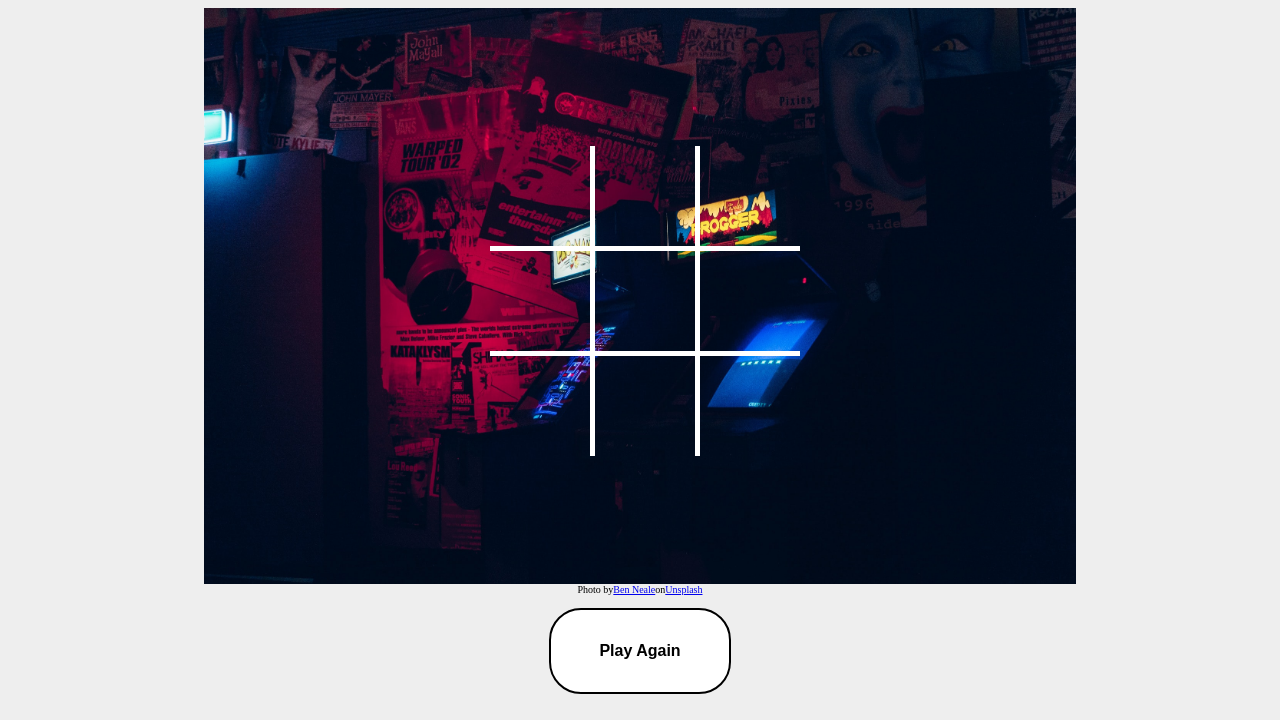
Repository: DrummerDee/tictactoe
Page: index.html
These files come from the project's save history. The page is drawn as it stood at one moment and after a run of saves; the edit follows.
The browser window is 1280 px wide. The pictures show the whole page.
After loading, the first visible `#play` was clicked once.

Above is the page before, as saved 2022-07-06 14:59:19.

### index.html
<!DOCTYPE html>
<html lang="en">
<head>
    <meta charset="UTF-8">
    <meta http-equiv="X-UA-Compatible" content="IE=edge">
    <meta name="viewport" content="width=device-width, initial-scale=1.0">
    <link rel="stylesheet" href="tictac.css">
    <title>Tic Tac Toc </title>
</head>
<body>
    <main class="container">
        <section class="board" id="board">
            <div class="block" id="0"></div>
            <div class="block" id="1"></div>
            <div class="block" id="2"></div>
            <div class="block" id="3"></div>
            <div class="block" id="4"></div>
            <div class="block" id="5"></div>
            <div class="block" id="6"></div>
            <div class="block" id="7"></div>
            <div class="block" id="8"></div>
        </section>
    </main>
    <span id="cred">Photo by <a href="https://unsplash.com/@ben_neale?utm_source=unsplash&utm_medium=referral&utm_content=creditCopyText"> Ben Neale </a> on <a href="https://unsplash.com/s/photos/arcade-game-room?utm_source=unsplash&utm_medium=referral&utm_content=creditCopyText">Unsplash</a></span>
    <div id="declare"></div>
    <section class="footer">
    <button id="play">Play Again</button>
</section>
    <script src="tictac.js"></script>
</body>
</html>

### tictac.css
html{
    background-color: #eee;
}
h1{
    text-align: center;
}
.container {
    min-width: 90vw;
    min-height: 80vh;
    display: flex;
    flex-direction: column;
    align-items: center;
    justify-content: center;
    background-image: url('/image/arcaderoom.jpeg');
    background-size: contain;
    background-repeat: no-repeat;
    background-position: center;
  }
    /*customs for the board */
    .board {
      display: grid;
      width: 300px;
      height: 300px;
     grid-template-columns: repeat(3,1fr);
     grid-template-rows: repeat(3,1fr);
    }
    .block {
      border-bottom: 5px solid white;
      border-right: 5px solid white;
      display: flex;
      width: 100px;
      height: 100px;
      align-items: center;
      justify-content: center;
      font-size: 3rem;
      font-weight: bold;
      color: white;
    }
    .block:nth-child(3n){
      border-right: none;
    }
    .block:nth-child(n+7){
      border-bottom: none;
    }

    .block:hover {
      cursor: pointer;
      background: yellow;
      transition: 0.2s ease-in-out;
    }
/* customs for button */
button {
    border-radius: 2rem;
    border: 2px solid black;
    padding: 2rem 3rem;
    font-size: 1rem;
    font-weight: bold;
    color: black;
    background-color: white;
    transition: all 0.2s ease-in-out;

  }

  button:hover {
    cursor: pointer;
    background: yellow;
    color: white;
  }

.footer{
   text-align: center;
   margin-top: 1%;
}
#cred{
  display: flex;
  align-items: center;
  justify-content: center;
  font-size: 10px;
}

### tictac.js
const block = document.querySelectorAll('.block');
const board = new Array(9).fill(null);
const again = document.getElementById("play");
let check;
const O = "O";
const X = "X";

let currentPlayer = "X";


// winner combinations //
let winnerCombos = [
    [0,1,2],
    [3,4,5],
    [6,7,8],
    [0,3,6],
    [1,4,7],
    [2,5,8],
    [0,4,8],
    [2,4,6],
];
// spaceClicked function //
const spaceClicked = (e) => {
    const id = e.target.id;

 //prevent the characters from switching//
if(!board[id]){
    board[id] = currentPlayer;
 e.target.innerText=currentPlayer;

// you win function //
if( youWin()){
    return gameOver();
}
 currentPlayer = currentPlayer === X ? O : X;
};
}
//smurf for clicked spaces//
block.forEach((block) => block.addEventListener("click",spaceClicked));

//play again smurf//
again.addEventListener('click',playAgain);


// function for youWin //
function youWin(){
    winnerCombos.forEach(function(combo){
     check = combo.every(i => block[i].innerText == currentPlayer)
     let test = true;
     for(let i = 0 ; i < 9;i++){
        if(block[i].innerText == ''){
            test = false
        }
     }
        if(check){
            document.getElementById('declare').innerText = (`${currentPlayer} is the winner`)

        }else if (test){
            document.getElementById('declare').innerText = (`It's a tie`)

        }
    })
}



// function for playAgain//
function playAgain(){
    currentPlayer = X;
    board.fill(null);
    block.forEach((block)=>{
        block.innerHTML = ""
    })
}

After the next 2 saves:
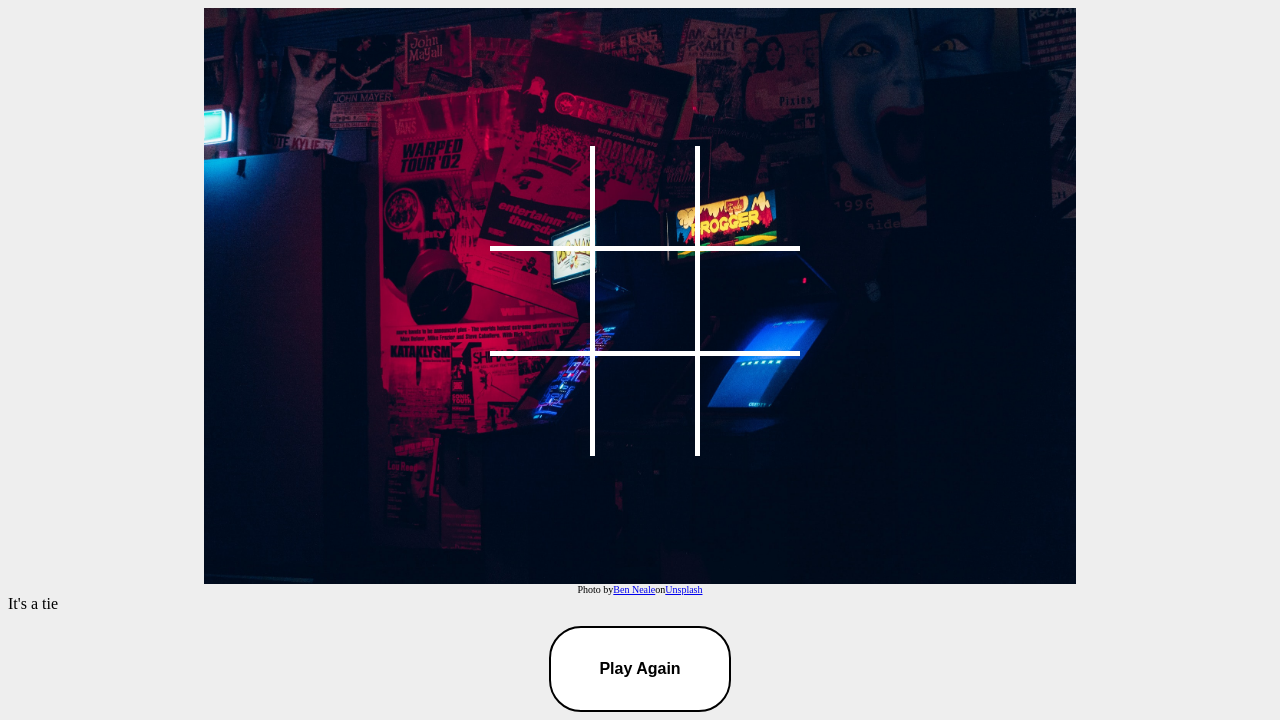
The 2 saves are shown as one change because they came seconds apart.
The last was saved 24 s later.
--- a/tictac.js
+++ b/tictac.js
@@ -66,6 +66,7 @@
 
 // function for playAgain//
 function playAgain(){
+    document.getElementById('declare').innerText = (`It's a tie`)
     currentPlayer = X;
     board.fill(null);
     block.forEach((block)=>{

After the save that followed:
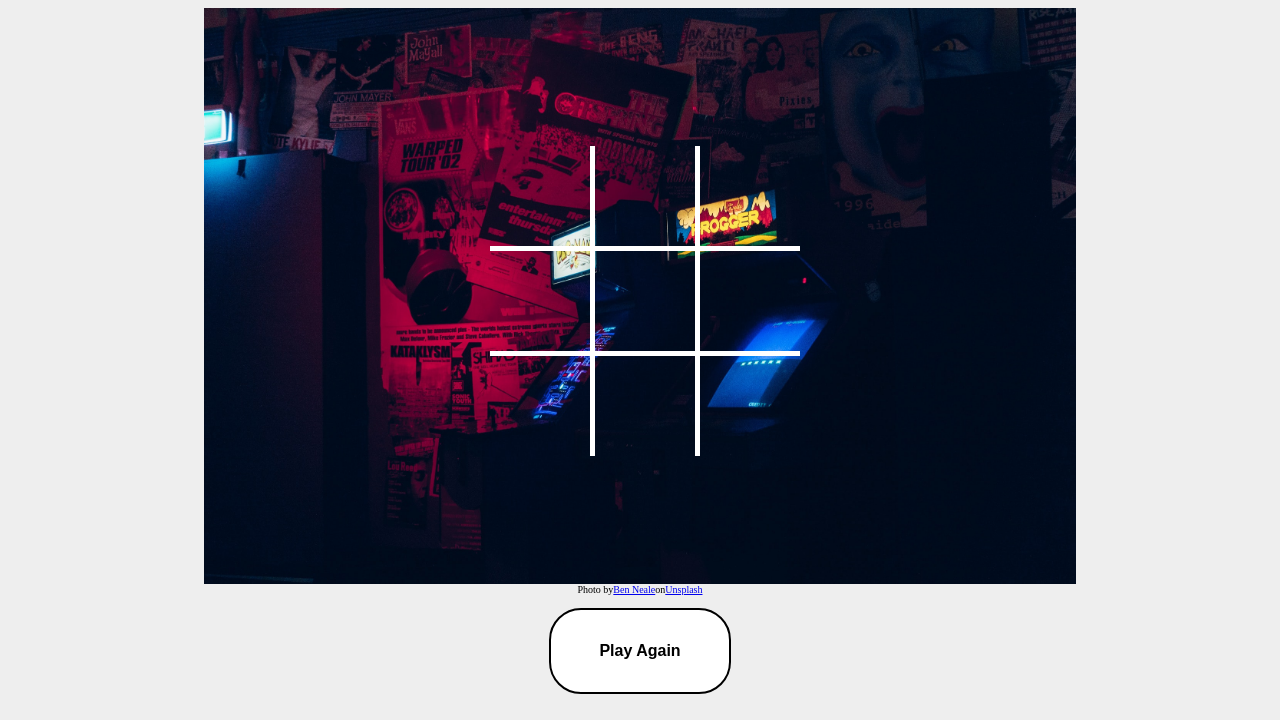
Saved 7 s later.
--- a/tictac.js
+++ b/tictac.js
@@ -66,7 +66,7 @@
 
 // function for playAgain//
 function playAgain(){
-    document.getElementById('declare').innerText = (`It's a tie`)
+    document.getElementById('declare').innerText = ('')
     currentPlayer = X;
     board.fill(null);
     block.forEach((block)=>{
